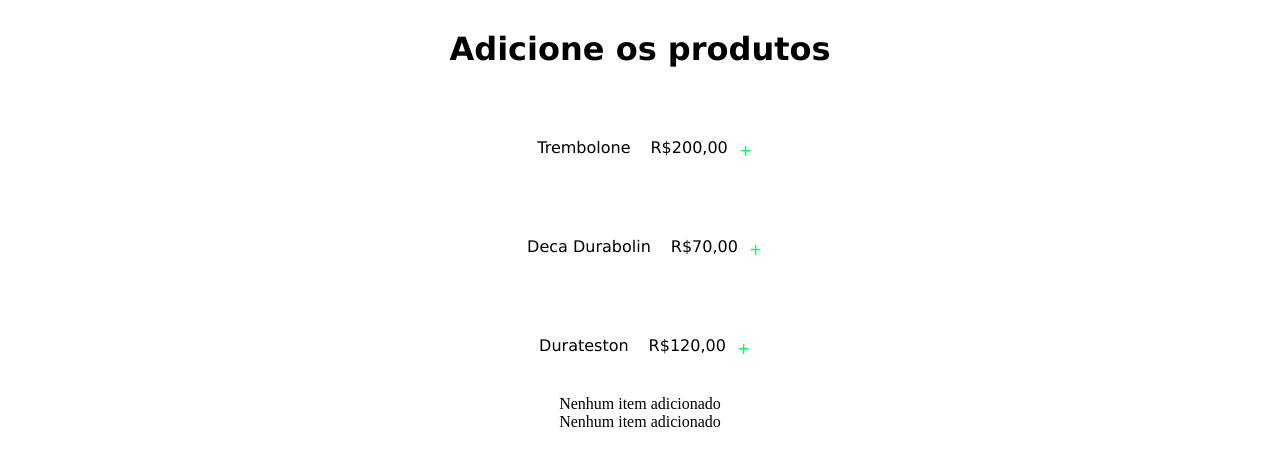
Repository: Leonngc/Lab
Page: confirm.html
An editor plug-in stored every save of this project. The page is shown before and after a run of saves, followed by the edit.
The browser window is 1280 px wide. The pictures show the whole page.

Above is the page before, as saved 2023-01-10 21:28:03.

After the next 2 saves:
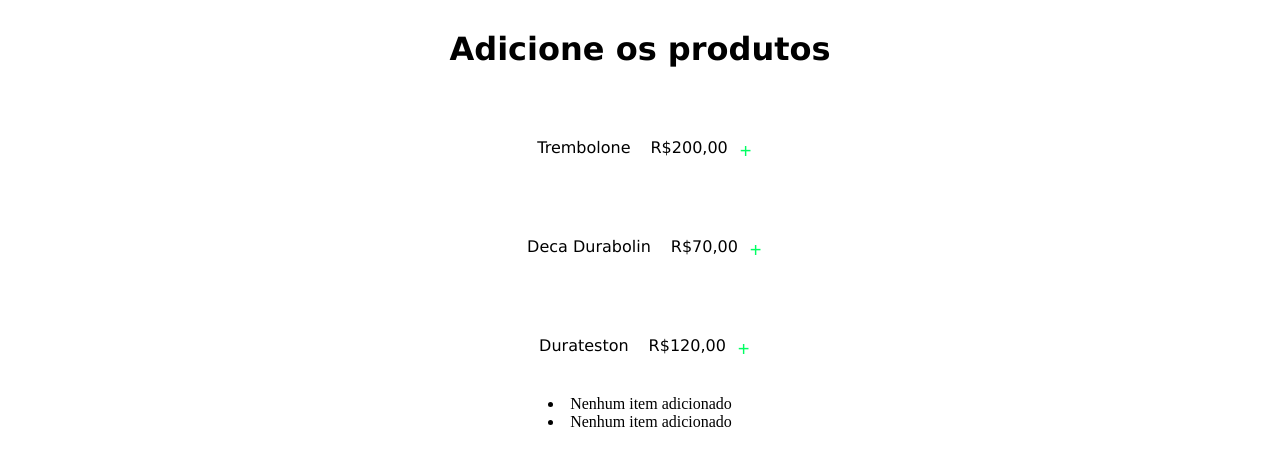
The 2 saves are shown as one change because they came seconds apart.
The last was saved 13 s later.
--- a/confirm.html
+++ b/confirm.html
@@ -35,7 +35,7 @@
     </div>
 
     <div id="carrinho">
-      <ul style="list-style-type: circle;">
+      <ul></ul>
         <li>Nenhum item adicionado</li>
         <li>Nenhum item adicionado</li>
       </ul>

After the save that followed:
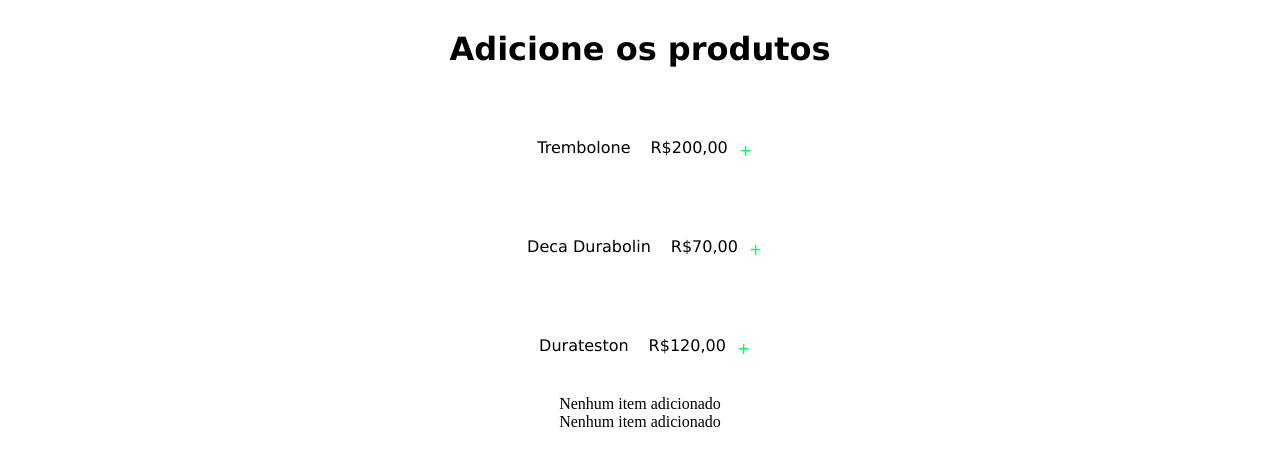
Saved 6 s later.
--- a/confirm.html
+++ b/confirm.html
@@ -35,7 +35,7 @@
     </div>
 
     <div id="carrinho">
-      <ul></ul>
+      <ul>
         <li>Nenhum item adicionado</li>
         <li>Nenhum item adicionado</li>
       </ul>
